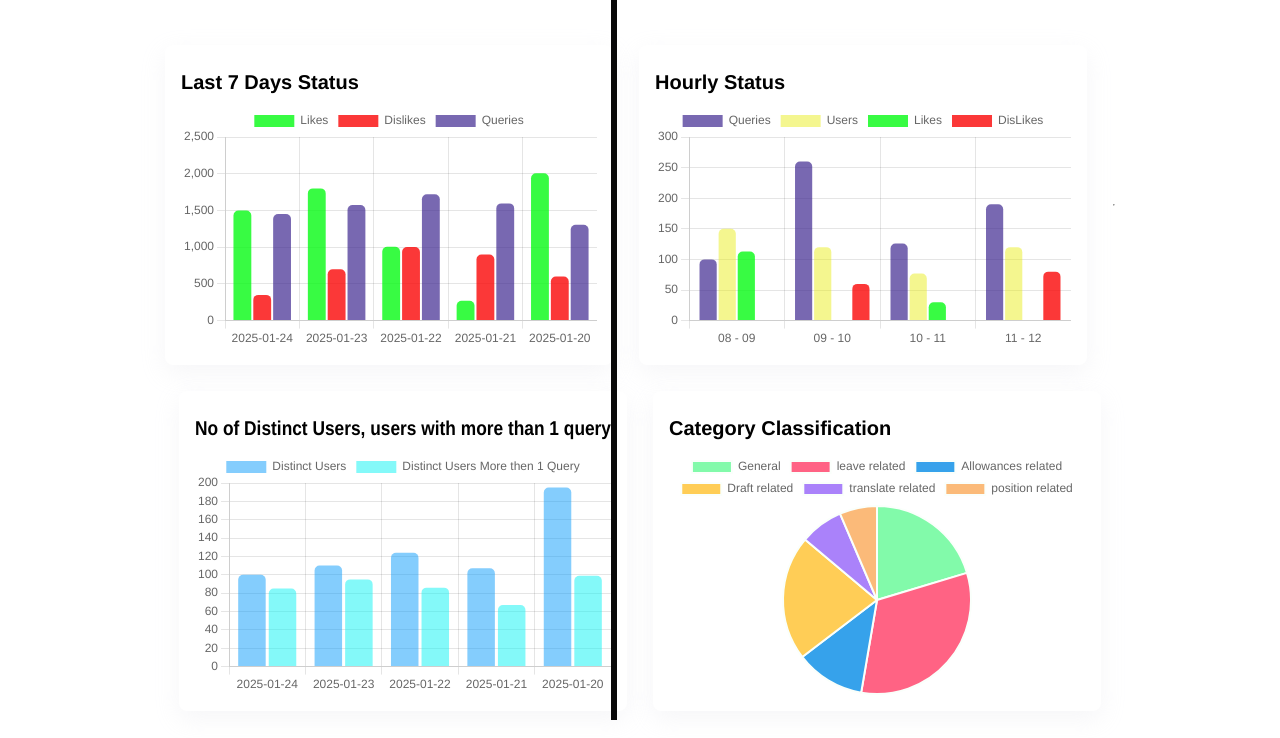
Repository: NAGARAJ-DEVELOPER/Dashboard
Page: /
An editor plug-in stored every save of this project. The page is shown before and after the next save, followed by the edit.
The browser window is 1280 px wide. The pictures show the whole page.
The project was rebuilt for these pictures with package versions that can differ from the ones it lists, and the page was loaded fresh each time. Also part of the build but not shown: vite.config.js.

Above is the page before, as saved 2025-02-12 00:43:19.

After the next save:
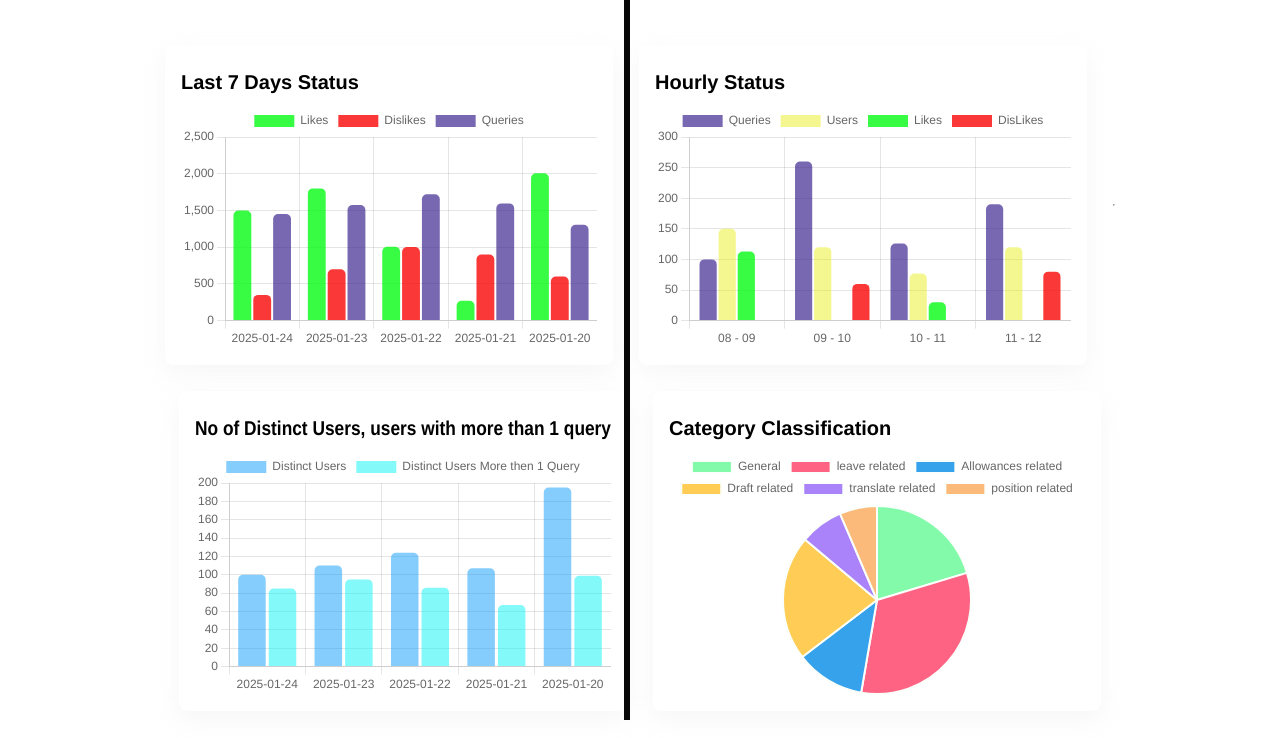
Saved 7 s later.
--- a/src/App.css
+++ b/src/App.css
@@ -15,7 +15,7 @@
   border-left: 6px solid rgb(8, 8, 8);
   height: 100%;
   position: absolute;
-  left: 48%;
+  left: 49%;
   margin-left: -3px;
   top: 0;
 }
